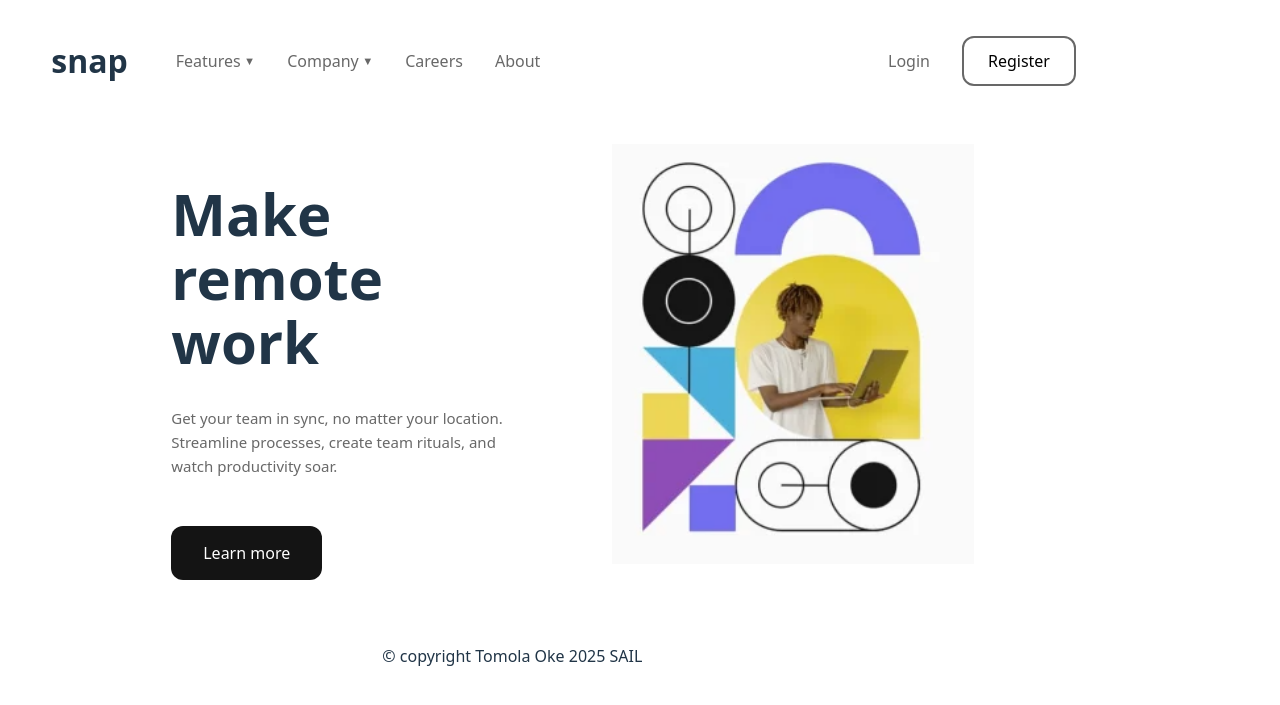
Repository: tomolaoke/SNAP
Page: /
An editor plug-in stored every save of this project. The page is shown before and after the next save, followed by the edit.
The browser window is 1280 px wide. The pictures show the whole page.
The project was rebuilt for these pictures with package versions that can differ from the ones it lists, and the page was loaded fresh each time. Also part of the build but not shown: vite.config.js.

Above is the page before, as saved 2025-06-21 22:12:52.

After the next save:
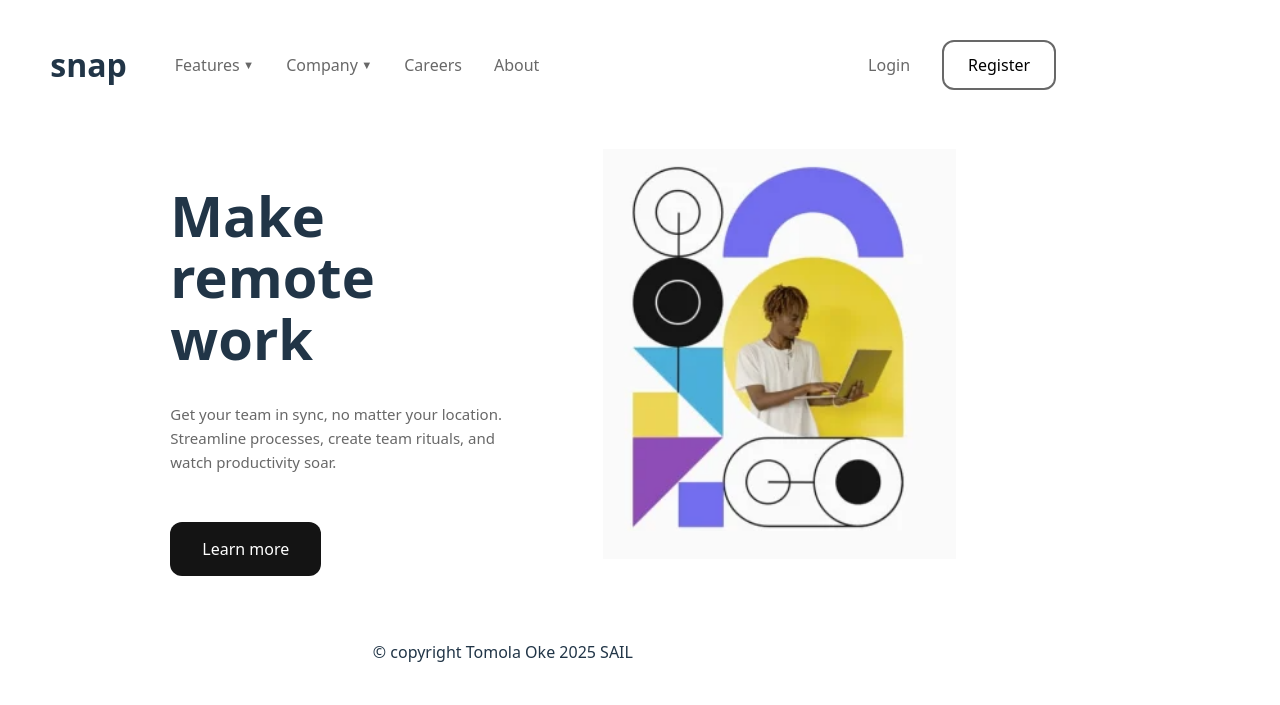
Saved 92 s later.
--- a/src/block/heroblock/HeroBlock.css
+++ b/src/block/heroblock/HeroBlock.css
@@ -11,7 +11,7 @@
 }
 
 .hero-text h1 {
-  font-size: 58px;
+  font-size: 56px;
   line-height: 1.1;
   margin-bottom: 32px; /* 2rem -> 32px */
 }
